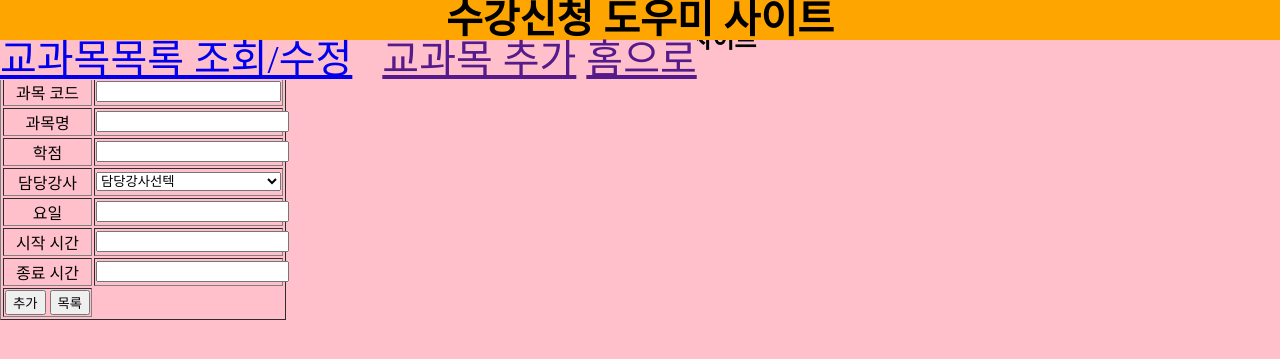
Repository: minjun223/EIP_Study
Page: http://localhost/HRD_2201/insert.jsp
These files come from the project's save history. The page is drawn as it stood at one moment and after the next save; the edit follows.
The browser window is 1280 px wide. The pictures show the whole page.
The page is served by Tomcat 9.

Above is the page before, as saved 2023-02-11 11:13:47.

After the next save:
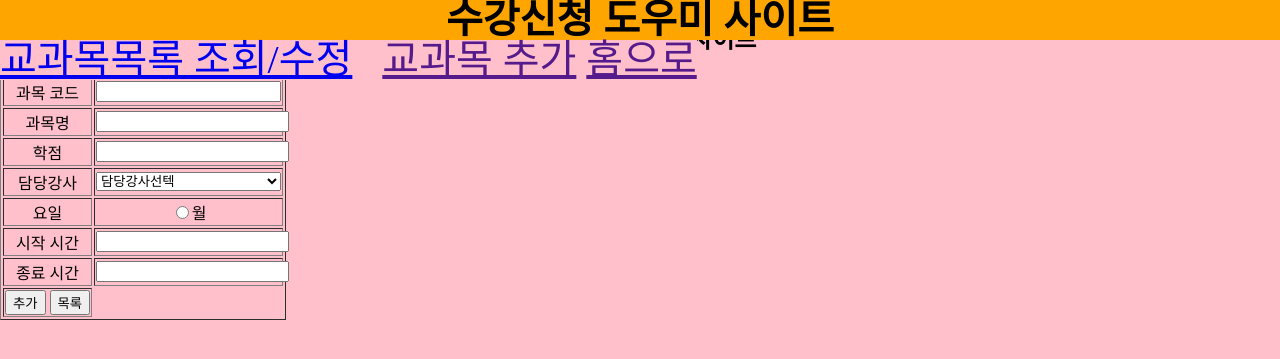
Saved 18 min 51 s later.
--- a/수강신청/HRD_2201/src/main/webapp/insert.jsp
+++ b/수강신청/HRD_2201/src/main/webapp/insert.jsp
@@ -40,7 +40,10 @@
 			</tr>
 			<tr>
 				<td>요일</td>
-				<td><input type="text"style="width:100%;"></td>
+				<td>
+				<input type="radio"value="1">월
+
+				</td>
 			</tr>
 			<tr>
 				<td>시작 시간</td>
